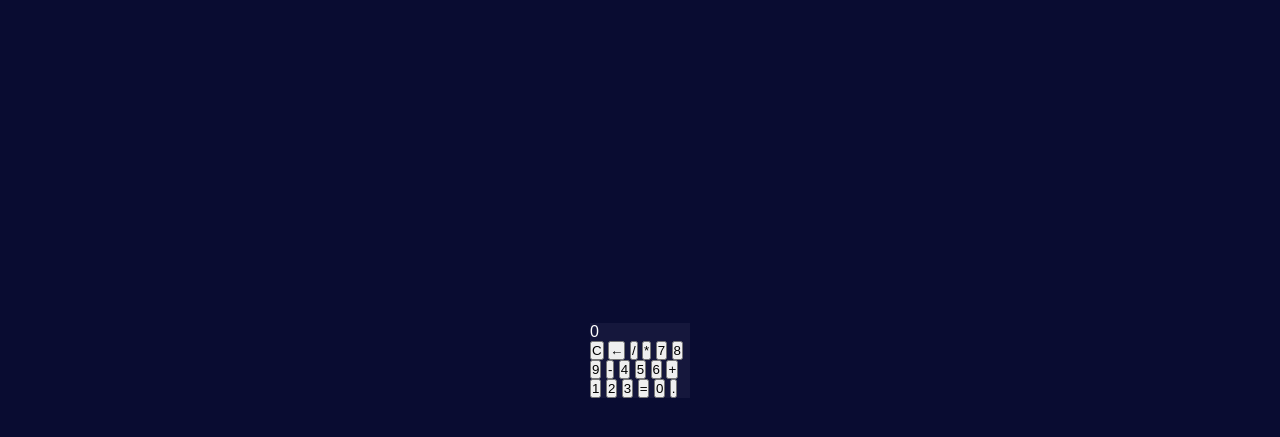
Repository: Herinyhert/Calculator
Page: index.html
The author's editor kept a copy of each file at every save. The page is drawn from the files as they stood at one save, then again after the next save.
The browser window is 1280 px wide. The pictures show the whole page.

Above is the page before, as saved 2023-05-21 20:41:26.

After the next save:
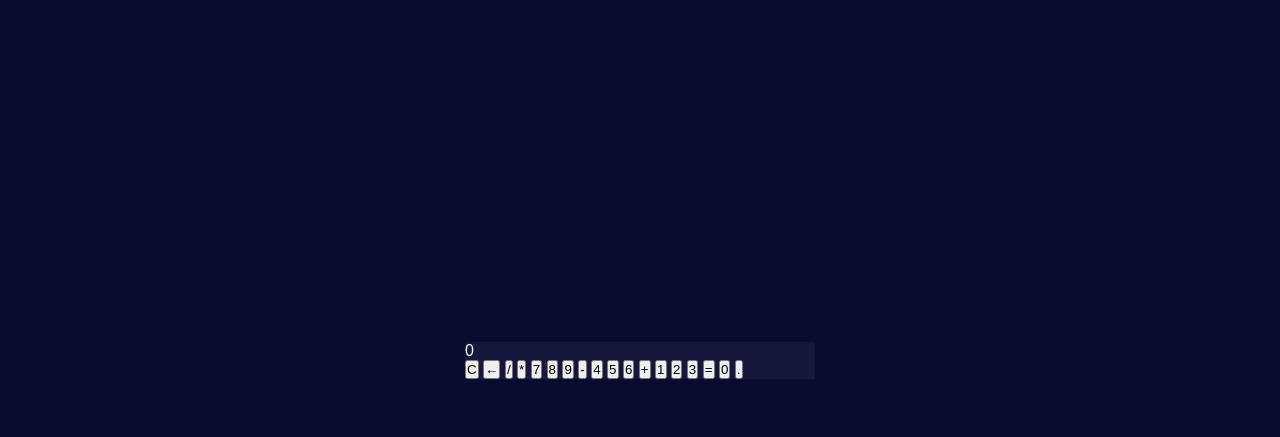
Saved 4 s later.
--- a/css/main.css
+++ b/css/main.css
@@ -17,5 +17,6 @@ body{
     background-color: #15173c;
     color: white;
     width: 350px;
-    max-width: 100;
+    max-width: 100%;
+
 }
